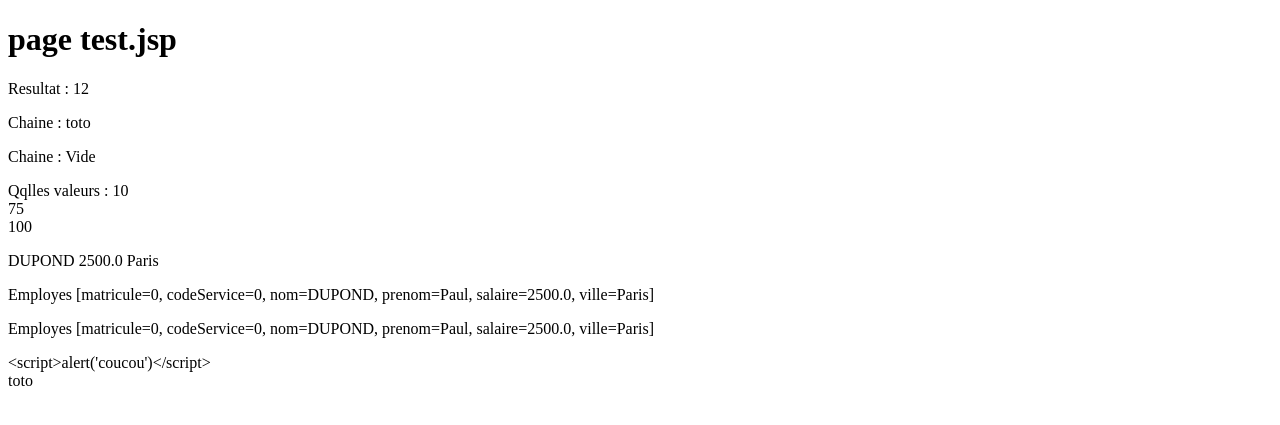
Repository: Moana007/javaee-workspace
Page: http://localhost/Site_cours/test
The author's editor kept a copy of each file at every save. The page is drawn from the files as they stood at one save, then again after the next save.
The browser window is 1280 px wide. The pictures show the whole page.
The page is served by Tomcat 9.

Above is the page before, as saved 2019-01-28 15:54:57.

After the next save:
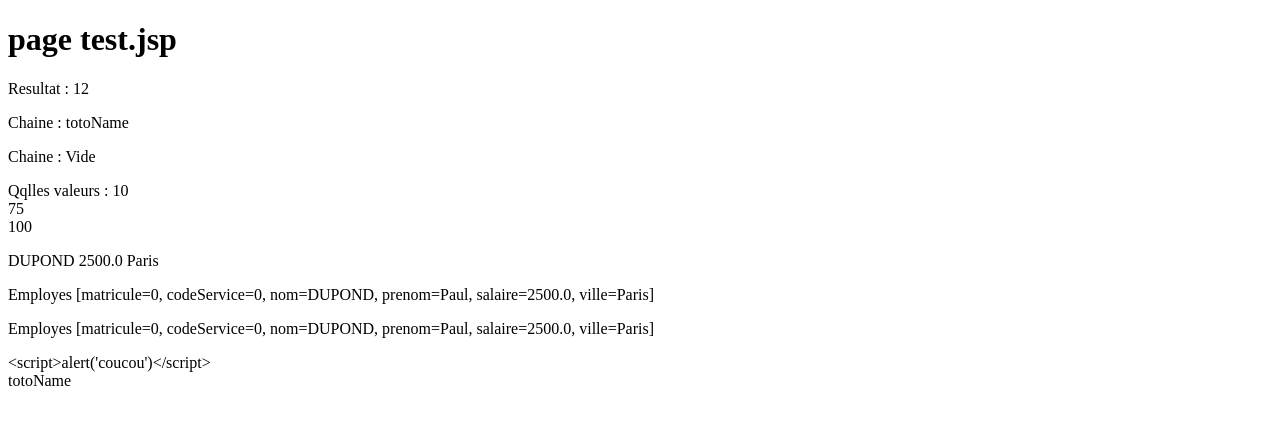
Saved 35 s later.
--- a/Site_cours/src/site_cours/servlets/TestServlets.java
+++ b/Site_cours/src/site_cours/servlets/TestServlets.java
@@ -24,7 +24,7 @@ public class TestServlets extends HttpServlet {
 		// TODO Auto-generated method stub
 		//response.getWriter().append("Served at: ").append(request.getContextPath());
 
-		request.setAttribute("chaine", "toto");
+		request.setAttribute("chaine", "totoName");
 		request.setAttribute("chaine2", "");
 		int [] tInts = new int[] {10,30,50,75,100};
 		request.setAttribute("ints", tInts);
